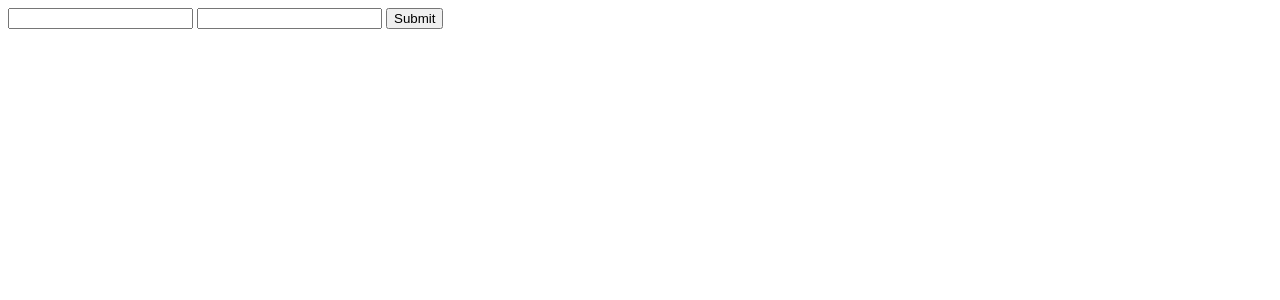
Repository: Alkeshm29/AdvJava
Page: sql/sql/WebContent/index.html
An editor plug-in stored every save of this project. The page is shown before and after the next save, followed by the edit.
The browser window is 1280 px wide. The pictures show the whole page.

Above is the page before, as saved 2017-02-14 10:51:56.

### sql/sql/WebContent/index.html
<!DOCTYPE html>
<html>
<head>
<meta charset="UTF-8">
<title>Insert title here</title>
</head>
<body>
<form action="First.jsp">
<input type="text" name="id">
<input type="text" name="name">
<input type="submit" values="go">
</form>

</body>
</html>

After the next save:
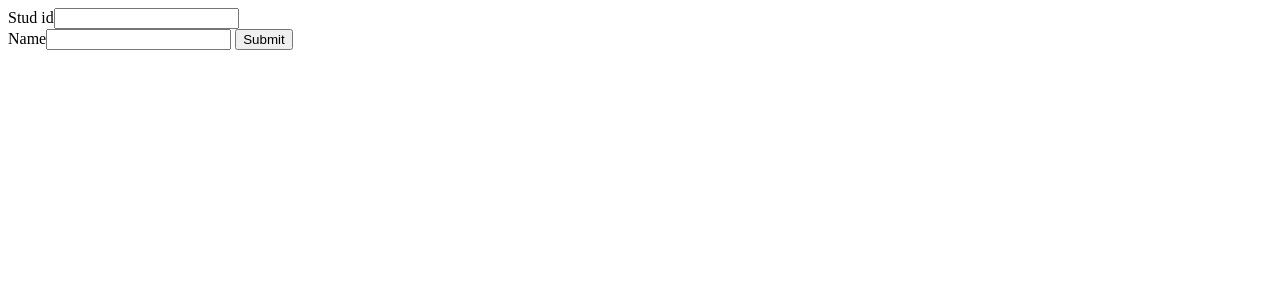
Saved 24 min 30 s later.
--- a/sql/sql/WebContent/index.html
+++ b/sql/sql/WebContent/index.html
@@ -6,9 +6,15 @@
 </head>
 <body>
 <form action="First.jsp">
-<input type="text" name="id">
-<input type="text" name="name">
+Stud id<input type="text" name="id"></br>
+Name<input type="text" name="name">
 <input type="submit" values="go">
+
+
+
+
+
+
 </form>
 
 </body>
